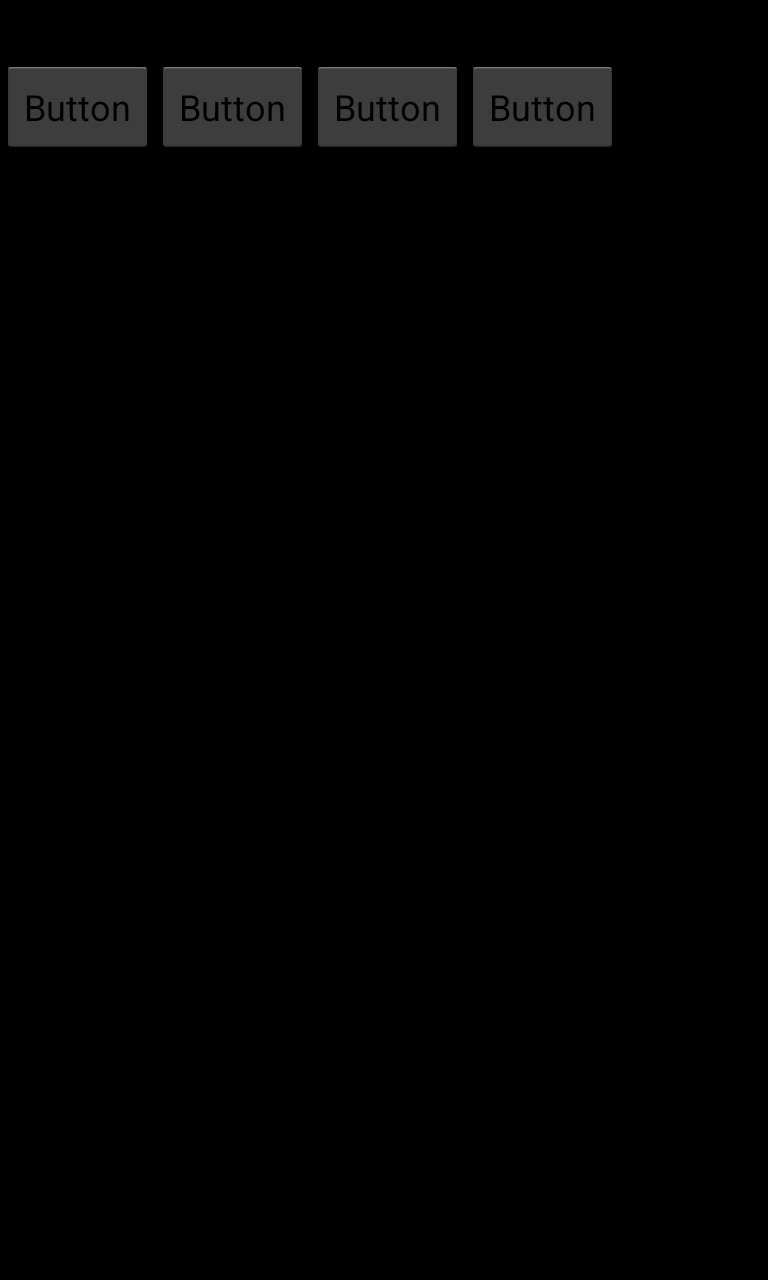
Repository: moetmd/learning-Android
Layout: Calculator/res/layout/activity_main.xml
The author's editor kept a copy of each file at every save. The layout is drawn from the files as they stood at one save, then again after the next save.
It is drawn on a 768 x 1280 px phone screen (xhdpi) without system bars, with theme AppTheme; the app's code is not run.

Above is the layout before, as saved 2014-11-19 12:51:31.

### Calculator/res/layout/activity_main.xml
<FrameLayout xmlns:android="http://schemas.android.com/apk/res/android"
    xmlns:tools="http://schemas.android.com/tools"
    android:id="@+id/container"
    android:background="#000"
    android:layout_width="match_parent"
    android:layout_height="match_parent"
    tools:context="com.niit.calculator.MainActivity"
    tools:ignore="MergeRootFrame" >

    <LinearLayout
        android:layout_width="match_parent"
        android:layout_height="match_parent"
        android:orientation="vertical" >


        <!-- 屏幕    独占一行 -->
        <TextView
            android:id="@+id/textView1"
            android:layout_width="match_parent"
            android:layout_height="wrap_content"
            android:text="Large Text"
            android:textAppearance="?android:attr/textAppearanceLarge" />

        <!-- 第一行数字键 -->
        <LinearLayout
            android:layout_width="match_parent"
            android:layout_height="wrap_content" >
            <Button
                android:id="@+id/button1"
                android:layout_width="wrap_content"
                android:layout_height="wrap_content"
                android:text="Button" />

            <Button
                android:id="@+id/button2"
                android:layout_width="wrap_content"
                android:layout_height="wrap_content"
                android:text="Button" />

            <Button
                android:id="@+id/button3"
                android:layout_width="wrap_content"
                android:layout_height="wrap_content"
                android:text="Button" />

            <Button
                android:id="@+id/button4"
                android:layout_width="wrap_content"
                android:layout_height="wrap_content"
                android:text="Button" />
        </LinearLayout>
        <!-- 第一行数字键结束 -->

    </LinearLayout>

</FrameLayout>

Loaded but not shown: Calculator/res/values/styles.xml (common file); Calculator/res/values-v11/styles.xml (common file); Calculator/res/values-v14/styles.xml (common file)

After the next save:
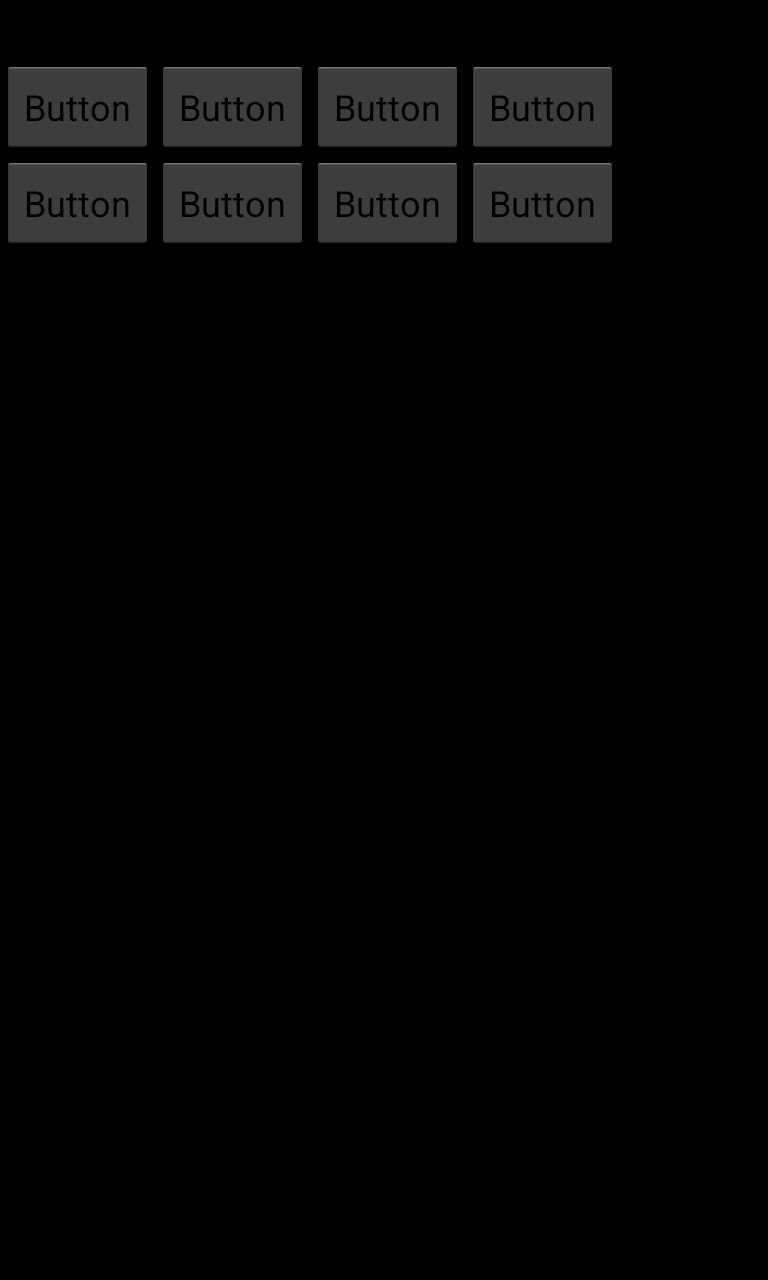
Saved 26 s later.
--- a/Calculator/res/layout/activity_main.xml
+++ b/Calculator/res/layout/activity_main.xml
@@ -51,6 +51,36 @@
         </LinearLayout>
         <!-- 第一行数字键结束 -->
 
+       	<!-- 第二行数字键 -->
+        <LinearLayout
+            android:layout_width="match_parent"
+            android:layout_height="wrap_content" >
+            <Button
+                android:id="@+id/button1"
+                android:layout_width="wrap_content"
+                android:layout_height="wrap_content"
+                android:text="Button" />
+
+            <Button
+                android:id="@+id/button2"
+                android:layout_width="wrap_content"
+                android:layout_height="wrap_content"
+                android:text="Button" />
+
+            <Button
+                android:id="@+id/button3"
+                android:layout_width="wrap_content"
+                android:layout_height="wrap_content"
+                android:text="Button" />
+
+            <Button
+                android:id="@+id/button4"
+                android:layout_width="wrap_content"
+                android:layout_height="wrap_content"
+                android:text="Button" />
+        </LinearLayout>
+        <!-- 第二行数字键结束 -->
+
     </LinearLayout>
 
 </FrameLayout>
